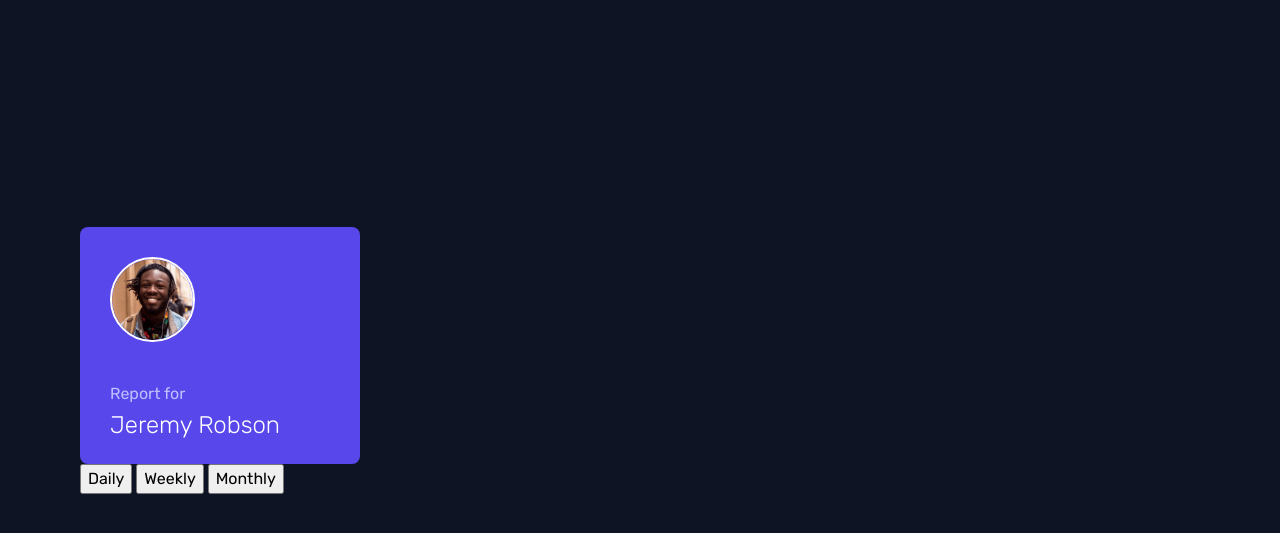
Repository: Akashiii1/WebTimeTracking_Day6
Page: index.html
These files come from the project's save history. The page is drawn as it stood at one moment and after the next save; the edit follows.
The browser window is 1280 px wide. The pictures show the whole page.

Above is the page before, as saved 2021-12-26 23:49:12.

### index.html
<!DOCTYPE html>
<html lang="en">
  <head>
    <meta charset="UTF-8" />
    <meta name="viewport" content="width=device-width, initial-scale=1.0" />
    <!-- displays site properly based on user's device -->

    <link
      rel="icon"
      type="image/png"
      sizes="32x32"
      href="./images/favicon-32x32.png"
    />

    <title>Frontend Mentor | Time tracking dashboard</title>

    <!-- Feel free to remove these styles or customise in your own stylesheet 👍 -->
    <link rel="stylesheet" href="style.css" />
    <style>
      .attribution {
        font-size: 11px;
        text-align: center;
      }

      .attribution a {
        color: hsl(228, 45%, 44%);
      }
    </style>
  </head>

  <body>
    <div class="container">
      <div class="first">
        <div class="user">
          <div class="user-img">
            <img src="images/image-jeremy.png" alt="" />
          </div>
          <div class="user-content">
            <p class="user-info">Report for</p>
            <h2 class="user-name">Jeremy Robson</h2>
          </div>
        </div>
        <div class="options">
          <button class="user-btn">Daily</button>
          <button class="user-btn active">Weekly</button>
          <button class="user-btn">Monthly</button>

        </div>
      </div>

    </div>

    <!-- <div class="attribution">
      Challenge by
      <a href="https://www.frontendmentor.io?ref=challenge" target="_blank"
        >Frontend Mentor</a
      >. Coded by <a href="#">Your Name Here</a>.
    </div> -->
    <script src="app.js"></script>
  </body>
</html>

### style.css
@import url('https://fonts.googleapis.com/css2?family=Rubik:wght@300;400;500&display=swap');
:root{
  --Blue: hsl(246, 80%, 60%);

 --Lightred: hsl(15, 100%, 70%);/*(work)*/
 --Softblue : hsl(195, 74%, 62%);/*(play)*/
 --Lightred : hsl(348, 100%, 68%);/*(study)*/
 --Limegreen : hsl(145, 58%, 55%);/*(exercise)*/
 --Violet: hsl(264, 64%, 52%);/*(social)*/
 --Softorange : hsl(43, 84%, 65%);/*(self care)*/

  --Verydarkblue: hsl(226, 43%, 10%);
  --Darkblue: hsl(235, 46%, 20%);
  --Desaturatedblue: hsl(235, 45%, 61%);
  --PaleBlue: hsl(236, 100%, 87%);
}
*,
*::before,
*::after {
  box-sizing: border-box;
}
body,
h1,
h2,
h3,
h4,
h5,
h6,
p,
figure,
picture {
  margin: 0;
}
body {
  min-height: 100vh;
  line-height: 1.5;
}
input,
button,
select,
textarea {
  font: inherit;
}
img,
picture {
  display: block;
  max-width: 100%;
}
body{
  font-family: 'Rubik', sans-serif;
  background: var(--Verydarkblue);
  min-height: 100vh;
  display: flex;
  justify-content: center;
  align-items: center;
}
.container{
  width: 1120px;
  display: grid;
  grid-template-columns: repeat(4,1fr);
  grid-gap: ;
}
.user{
  background: var(--Blue);
  border-radius: 8px;
  padding: 30px;
}
.user-img{
  width: 85px;
  height: 85px;
  margin-bottom: 40px;
}
.user-img img{
  border-radius: 50%;
  border: 2px solid #fff;
  object-fit: cover;
}
.user-content{

}
.user-info{
  color: var(--PaleBlue);
  margin-bottom: 10px;
}
.user-name{
  color: #fff;
  font-weight: 300;
  line-height: 18px;
}
/* remove animation for people who've turned them off */
@media (prefers-reduced-motion: reduce) {
  *,
  *::before,
  *::after {
    animation-duration: 0.01ms !important;
    animation-iteration-count: 1 !important;
    transition-duration: 0.01ms !important;
    scroll-behavior: auto !important;
  }
}

Loaded but not shown: app.js (no stored copy; drawn as an empty file)

After the next save:
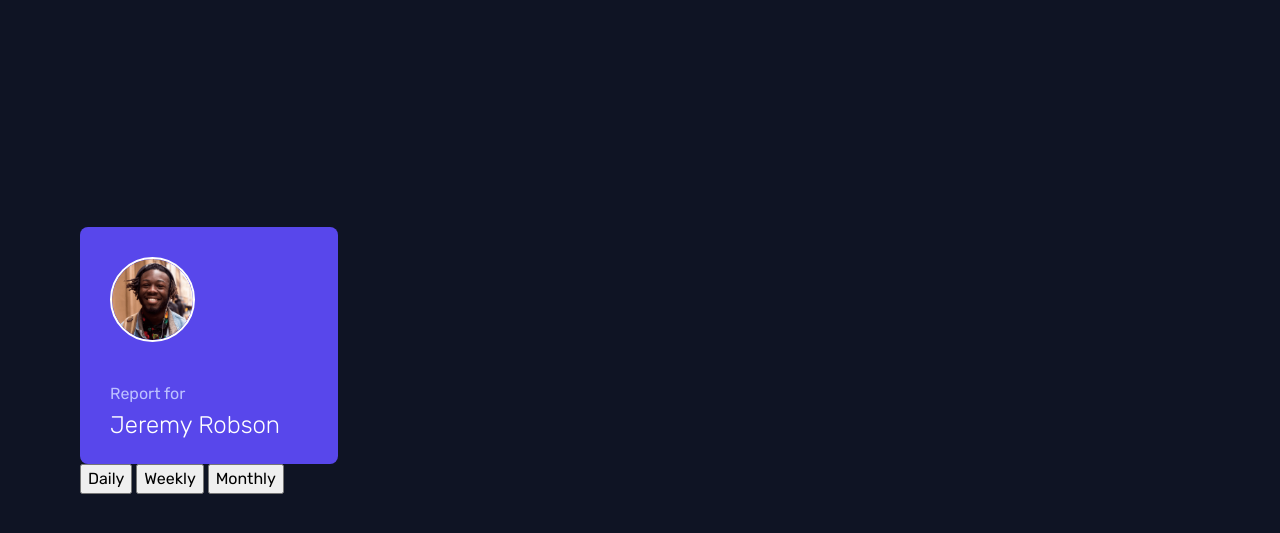
Saved 37 s later.
--- a/style.css
+++ b/style.css
@@ -58,7 +58,7 @@ body{
   width: 1120px;
   display: grid;
   grid-template-columns: repeat(4,1fr);
-  grid-gap: ;
+  grid-gap:30px ;
 }
 .user{
   background: var(--Blue);
